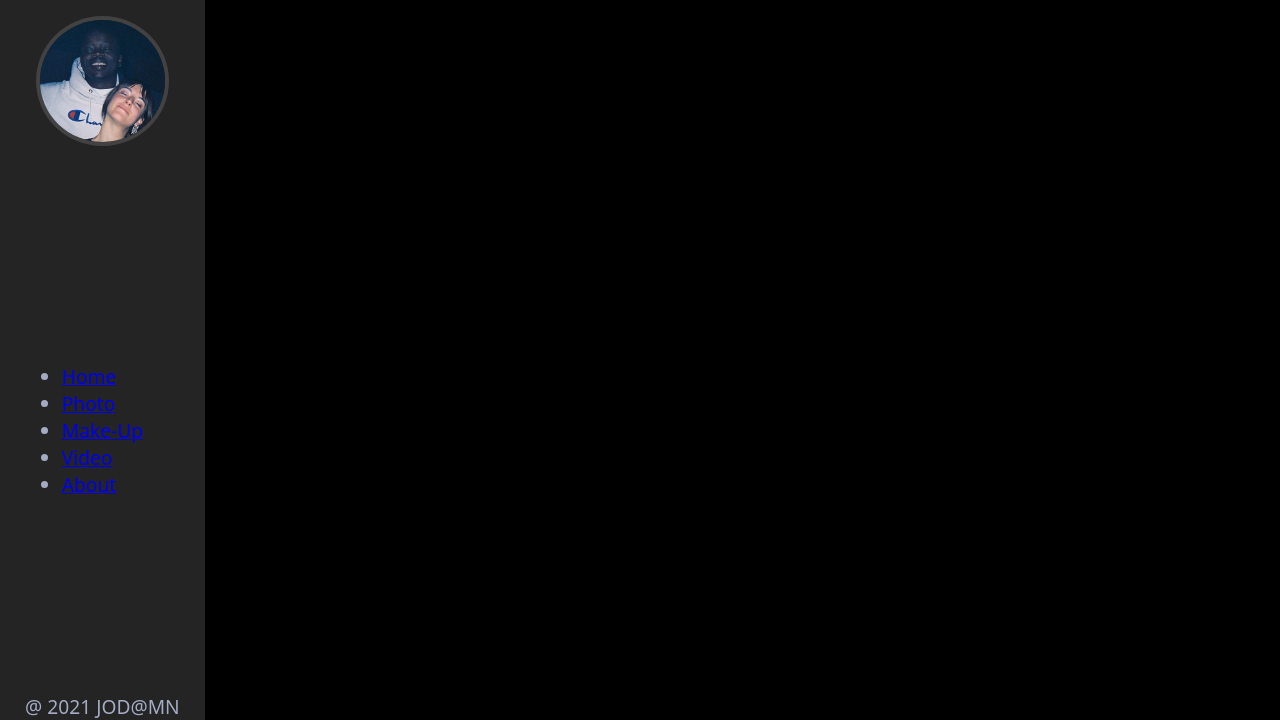
Repository: JordanKnuts/siriusRed
Page: /
These files come from the project's save history. The page is drawn as it stood at one moment and after the next save; the edit follows.
The browser window is 1280 px wide. The pictures show the whole page.
The project was rebuilt for these pictures with package versions that can differ from the ones it lists, and the page was loaded fresh each time.

Above is the page before, as saved 2021-04-27 14:45:20.

After the next save:
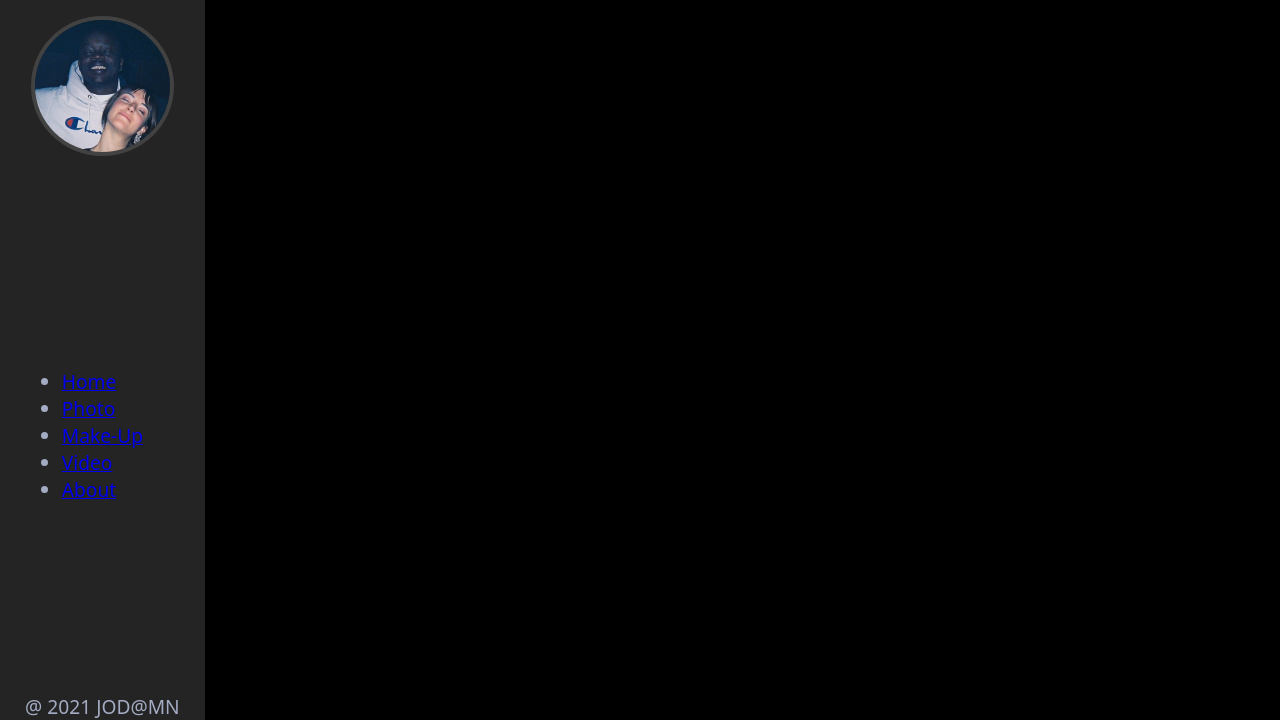
Saved 6 s later.
--- a/src/Styles/_navBar.scss
+++ b/src/Styles/_navBar.scss
@@ -13,7 +13,7 @@
             margin-top:1rem;
             border-bottom: 1px ;
             img{
-                width: 65%;
+                width: 70%;
                 border-radius: 100%;
                 border : 4px solid rgb(66, 66, 66);
                 margin-bottom: 1rem;
